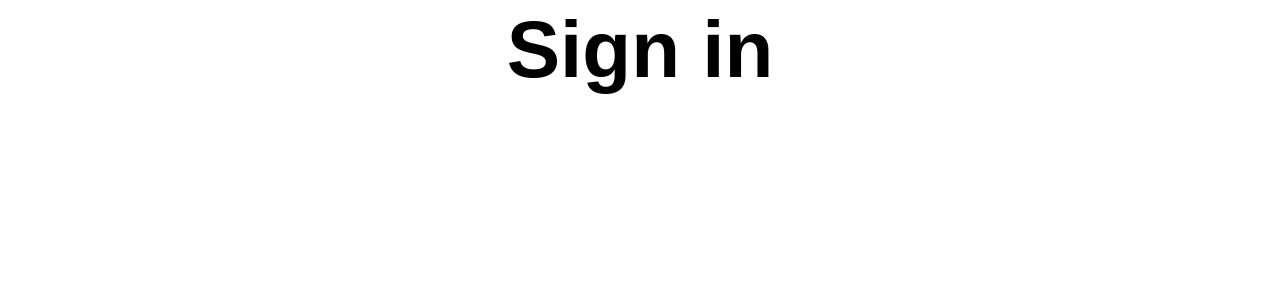
Repository: 70y-ali/branding_
Page: /sign-up (app in client/)
An editor plug-in stored every save of this project. The page is shown before and after a run of saves, followed by the edit.
The browser window is 1280 px wide. The pictures show the whole page.
The page's requests for data from a server got no answer. The project was rebuilt for these pictures with package versions that can differ from the ones it lists, and the page was loaded fresh each time. No one was signed in, and anything a server would have sent is missing. Also part of the build but not shown: client/src/components/Home/index.js.

Above is the page before, as saved 2021-02-15 02:02:20.

### client/public/index.html
<!doctype html>
<html lang="en">
  <head>
    <meta charset="utf-8">
    <meta name="viewport" content="width=device-width, initial-scale=1">
    <link rel="shortcut icon" href="%PUBLIC_URL%/icon.jpg">
    <!--
      Notice the use of %PUBLIC_URL% in the tag above.
      It will be replaced with the URL of the `public` folder during the build.
      Only files inside the `public` folder can be referenced from the HTML.

      Unlike "/favicon.ico" or "favicon.ico", "%PUBLIC_URL%/favicon.ico" will
      work correctly both with client-side routing and a non-root public URL.
      Learn how to configure a non-root public URL by running `npm run build`.
    -->
    <title>Coders</title>
  </head>
  <body>
    <div id="root"></div>
    <!--
      This HTML file is a template.
      If you open it directly in the browser, you will see an empty page.

      You can add webfonts, meta tags, or analytics to this file.
      The build step will place the bundled scripts into the <body> tag.

      To begin the development, run `npm start`.
      To create a production bundle, use `npm run build`.
    -->
  </body>
</html>

### client/src/index.js
import React from 'react';
import ReactDOM from 'react-dom';
import App from '../src/views/App';
import './index.css';

ReactDOM.render(
  <App />,
  document.getElementById('root')
);
// import React from 'react'
// import { render } from 'react-dom'
// import { Provider } from 'react-redux'
// import { BrowserRouter as Router } from 'react-router-dom'
// import App from 'views/App'
// import store from 'redux/rootStore'

// import '@fortawesome/fontawesome-free/css/all.min.css'
// import 'react-datepicker/dist/react-datepicker.css'
// import './index.css'

// require('dotenv').config()

// render(
// 	<Provider store={store}>
// 		<Router>
// 			<App />
// 		</Router>
// 	</Provider>
// 	,document.getElementById('root')
// )

### client/src/views/App.js
import React, { Component } from 'react';
import { BrowserRouter, Route, Switch } from 'react-router-dom';
import '../App.css';
import {HomePage, SignupPage} from './HomePage/index.jsx'

class App extends Component {
  render() {
    return (
      <div className="App">
        <BrowserRouter>
        {/* ene hesegt navbar bichij bolno */}
          <Switch>
            <Route
              path='/'
              exact
              component={HomePage}
            />
            <Route
              path='/sign-up'
              exact
              component={SignupPage}
            />
          </Switch>
        </BrowserRouter>
      </div>
    );
  }
}

export default App;
// import React, { Fragment } from 'react'
// import { Route, Switch } from 'react-router-dom'
// import Cookie from 'utilities/CookieUtility'
// import {
// 	Navbar,
// 	Footer,
// 	CallReceiveModal
// } from 'components/OtherComponents'
// import AgentPage from './AgentPage'
// import AnnouncementPage from './AnnouncementPage'
// import BonusPage from './BonusPage'
// import CallRegisterPage from './CallRegisterPage'
// import LostPage from './LostCallPage'
// import CallTypePage from './CallTypePage'
// import CallTypeTestPage from './CallTypeTestPage'
// import ConsumerPage from './ConsumerPage'
// import {DashboardPage} from './DashboardPage'

// import HomePage from './HomePage'
// import LoginPage from './LoginPage'
// import RolePage from './RolePage'
// import IVRPage from './IVRPage'
// import ChatPage from './ChatPage'
// import ChangePasswordPage from './ChangePasswordPage'
// import {
// 	TicketPage,
// 	TicketOtherEmploymentPage,
// 	TicketReportListPage
// } from './TicketPage'
// import {
// 	OperatorReportPage,
// 	OperatorHistoryPage,
// 	OperatorPage
// } from './OperatorPage'
// import {
// 	CallReportPage
// } from './CallReportPage'
// import { MessagePage,
// 	MessageHistoryPage
// } from './MessagePage'
// import {TestHourPage}  from './TestHourPage'
// import {TestPage} from './TestPage'
// import {NewOrderPage,
// 	OrderFilterPage,
// 	NewOrderRegistrationPage,
// 	OrderRangePage,
// 	ReportPage} from './OrderPage'
// import NewComponent from './NewComponentsPage'
// import {SocialReportPage} from './SocialReportPage'
// import MergePage from './SocialMergePage'
// import {AdminPage}from './AdminPage'
// import {
// 	OutingPage,
// 	LevelOnePage,
// 	LevelTwoPage
// } from './OutingPage'

// const Routes = () => {
// 	const authorization = Cookie.get('auth')
// 	if (authorization)
// 		return (
// 			<Fragment>
// 				<Navbar />
// 				<CallReceiveModal />
// 				<Switch>
// 					<Route
// 						path='/outing-telesales'
// 						component={OutingPage}
// 						exact
// 					/>
// 					<Route
// 						path='/outing-level-one'
// 						component={LevelOnePage}
// 						exact
// 					/>
// 					<Route
// 						path='/outing-level-two'
// 						component={LevelTwoPage}
// 						exact
// 					/>
// 					<Route
// 						path='/order-report'
// 						component={ReportPage}
// 						exact
// 					/>
// 					<Route
// 						path='/social-report'
// 						component={SocialReportPage}
// 						exact
// 					/>
// 					<Route
// 						path='/admin-panel'
// 						component={AdminPage}
// 						exact
// 					/>
// 					<Route
// 						path='/merge'
// 						component={MergePage}
// 						exact
// 					/>
// 					<Route
// 						path='/new-order'
// 						component={NewOrderPage}
// 						exact
// 					/>
// 					<Route
// 						path='/operator-order'
// 						component={OrderFilterPage}
// 						exact
// 					/>
// 					<Route
// 						path='/order-range'
// 						component={OrderRangePage}
// 						exact
// 					/>
// 					<Route
// 						path='/order-registration'
// 						component={NewOrderRegistrationPage}
// 						exact
// 					/>
// 					<Route
// 						path='/operator-work-report'
// 						component={OperatorPage}
// 						exact
// 					/>
// 					<Route
// 						path='/management-operator-hour'
// 						component={TestPage}
// 						exact
// 					/>
// 					<Route
// 						path='/test-test'
// 						component={TestHourPage}
// 						exact
// 					/>
// 					<Route
// 						path='/type-test'
// 						component={CallTypeTestPage}
// 						exact
// 					/>
// 					<Route
// 						path='/'
// 						component={HomePage}
// 						exact
// 					/>
// 					<Route
// 						path='/send-message'
// 						component={MessagePage}
// 					/>
// 					<Route
// 						path='/message-history'
// 						component={MessageHistoryPage}
// 					/>
// 					<Route
// 						path='/lost-call-report'
// 						component={LostPage}
// 					/>
// 					<Route
// 						path='/dashboard'
// 						component={DashboardPage}
// 						exact
// 					/>
// 					<Route
// 						path='/agent'
// 						component={AgentPage}
// 						exact
// 					/>
// 					<Route
// 						path='/announcement'
// 						component={AnnouncementPage}
// 						exact
// 					/>
// 					<Route
// 						path='/help'
// 						component={BonusPage}
// 						exact
// 					/>
// 					<Route
// 						path='/call-register'
// 						component={CallRegisterPage}
// 						exact
// 					/>
// 					<Route
// 						path='/call-type'
// 						component={CallTypePage}
// 						exact
// 					/>
// 					<Route
// 						path='/consumer'
// 						component={ConsumerPage}
// 						exact
// 					/>
// 					<Route
// 						path='/role'
// 						component={RolePage}
// 						exact
// 					/>
// 					<Route
// 						path='/change-password'
// 						component={ChangePasswordPage}
// 						exact
// 					/>
// 					<Route
// 						path='/ticket'
// 						component={TicketPage}
// 						exact
// 					/>
// 					<Route
// 						path='/ticket-other-employment'
// 						component={TicketOtherEmploymentPage}
// 						exact
// 					/>
// 					<Route
// 						path='/ticket-report-list'
// 						component={TicketReportListPage}
// 						exact
// 					/>
// 					<Route
// 						path='/operator-history'
// 						component={OperatorHistoryPage}
// 						exact
// 					/>
// 					<Route
// 						path='/operator-report'
// 						component={OperatorReportPage}
// 						exact
// 					/>
// 					<Route
// 						path='/ivr'
// 						component={IVRPage}
// 						exact
// 					/>
// 					<Route
// 						path='/call-account-report'
// 						component={CallReportPage}
// 						exact
// 					/>
// 					<Route
// 						path='/chat'
// 						component={ChatPage}
// 						exact
// 					/>
// 					<Route
// 						path='/test-newComponent'
// 						component={NewComponent}
// 						exact
// 					/>
// 				</Switch>
// 				<Footer />
// 			</Fragment>
// 		)
// 	else return <LoginPage />
// }

// export default Routes

### client/src/App.css
.App {
  text-align: center;
}

.App-logo {
  animation: App-logo-spin infinite 20s linear;
  height: 80px;
}

.App-header {
  background-color: #222;
  height: 150px;
  padding: 20px;
  color: white;
}

.App-intro {
  font-size: large;
}

@keyframes App-logo-spin {
  from { transform: rotate(0deg); }
  to { transform: rotate(360deg); }
}

*{
  margin: 0;
  padding: 0;
  font-family: sans-serif;
}
.hero{
  width: 100%;
  height: 100vh;
  background-image: url('components/assets/1455720.png');
  background-size: cover;
  background-position: center;
  position: relative;
  overflow: hidden;
}
.logo{
  width:100px;
  cursor:pointer
}
.navbar{
  width:85%;
  height:15%;
  margin:auto;
  display:flex;
  align-items: center;
  justify-content:space-between
}
button{
  color: #fbfcfd;
  padding: 10px 25px;
  background: transparent ;
  border: 1px solid #fff;
  border-radius: 20px;
  outline: none;
  cursor: pointer;
}
.content{
  color: #fbfcfd;
  position: absolute;
  top: 50%;
  left: 8%;
  transform: translateY(-50%);
  z-index: 2;
}
h1{
  font-size: 80px;
  margin: 10px 0 30px;
  line-height: 80px;
}
.side-bar{
  width: 50px;
  height: 100vh;
  background: linear-gradient(#020202, #2e303b);
  position: absolute;
  right: 0;
  top: 0;
}
.menu{
  display: block;
  width: 30px;
  margin: 20px;
  cursor: pointer;
}
.social-links img, .useful-links img{
  width: 30px;
  margin: 5px auto;
  cursor: pointer;
}
.social-links{
  width: 50px;
  text-align: center;
  position: absolute;
  top: 50%;
  transform: translateY(-50%);
}
.useful-links{
  width: 50px;
  text-align: center;
  position: absolute;
  bottom: 30px;
}
.star img{
  width: 50px;
  animation: star 4s linear infinite;
}
.star{
  width: 100%;
  display: flex;
  align-items: center;
  justify-content: space-around;
  position: absolute;
  bottom: 0;
}
@keyframes star{
  0%{
    transform: translateY(0);
    opacity: 0;
  }
  50%{
    opacity: 1;
  }
  70%{
    opacity: 1;
  }
  100%{
    transform: translateY(-80vh);
    opacity: 0;
  }
}
.star img:nth-child(1) {
  animation-delay: 2s;
  width: 25px;
}
.star img:nth-child(2) {
  animation-delay: 1s;
}
.star img:nth-child(3) {
  animation-delay: 3s;
  width: 25px;
}
.star img:nth-child(4) {
  animation-delay: 4.5s;
}
.star img:nth-child(5) {
  animation-delay: 3s;
}
.star img:nth-child(6) {
  width: 20px;
  animation-delay: 6s;
}
.star img:nth-child(7) {
  width: 35px;
  animation-delay: 7s;
}
#color{
  background-color:blueviolet
}

### client/src/views/HomePage/index.jsx
import React from 'react'
// import { PageLayout } from 'shared/components'
import Home from '../../components/Home/index'
import Signup from '../../components/SignUp/index'
export  const HomePage = () => {
	return(
        <Home/>
	)
}
export const SignupPage = () => {
	return(
        <Signup/>
	)
}

### client/src/components/SignUp/index.js
/* eslint-disable */
import React, { useState, useEffect } from 'react';
import Axios from 'axios'
import HomePage from '../Home/'
function Signup(){
    const [usernameReq, setusernameReq] = useState("")
    const [passwordReq, setpasswordReq] = useState("")

    const [username, setusername] = useState("")
    const [password, setpassword] = useState("")

    const [loginStatus, setLoginStatus] = useState("")

    const config = {
        headers: {
            'Content-Type': 'application/json',
            'Access-Control-Allow-Origin':'*',
            'Access-Control-Allow-Methods':' GET,POST',
            'Access-Control-Allow-Credentials': true
        }
    };
    const register = () => {
        console.log('TEST REGISTER');
        Axios.post("http://localhost:8000/register", {
            username: usernameReq,
            password: passwordReq
        }, config).then((response) => {
            console.log('%c 🍉 response: ', 'font-size:20px;background-color: #FCA650;color:#fff;', response);
            // console.log(response);
        })
    }

    const login = () => {
        Axios.post("http://localhost:8000/login", {
            username: username,
            password: password
        }, { withCredentials: true}, config).then((response) => {
            console.log('%c 🎂 loginresponse: ', 'font-size:20px;background-color: #33A5FF;color:#fff;', response);
            if(response.data.message){
                // setLoginStatus(response.data.message)
                setLoginStatus({loginStatus: response.data.message})
                console.log('SUCCESSSSS');
                return <Redirect to="HomePage" />
                // <Redirect to="/ticket-list"/>
            }else{
                // setLoginStatus(response.data[0].username)
                setLoginStatus({loginStatus: response.data[0].username})
            }
        })
    }
    useEffect(() => {
        console.log('%c 🍧 TEST1: ', 'font-size:20px;background-color: #7F2B82;color:#fff;');
        Axios.post("http://localhost:8000/login", config).then((response) => {
            console.log('%c 🍑useeect response: ', 'font-size:20px;background-color: #3F7CFF;color:#fff;', response);
            if(response.data.loggedIn === true){
                setLoginStatus(response.data.user[0].username);
                return <Redirect to="HomePage" />
            }
        });
    }, []);
    return (
        // <div>
        //     <div className='row' onClick={register}>
        //         <h4>register</h4>
        //         <label>username</label>
        //         <input type='text' onChange={(e) => {setusernameReq(e.target.value)}}></input>
        //         <label>password</label>
        //         <input type='password' onChange={(e) => {setpasswordReq(e.target.value)}}></input>
        //         <div className='row'>
        //             <button className='rounded blue' type='submit' id='color' size='md'>Signup</button>
        //         </div>
        //     </div>
        //     <div className='row' onClick={login}>
        //         <h4>login</h4>
        //         <label>username1</label>
        //         <input type='text' onChange={(e) => {setusername(e.target.value)}}></input>
        //         <label>password1</label>
        //         <input type='password' onChange={(e) => {setpassword(e.target.value)}}></input>
        //         <button id='color'>login</button>
        //     </div>
        // </div>
        <div className='col-lg-6 p-0'>
			<div className='auth-form-wrap py-xl-0 py-50'>
				<div className='auth-form w-xxl-55 w-xl-75 w-sm-90 w-xs-100'>
					<form>
						<h1 className='mb-10'>Sign in</h1>

					</form>
				</div>
			</div>
		</div>
    );
}
export default Signup

Loaded but not shown: client/src/index.css (common file)

After the next 2 saves:
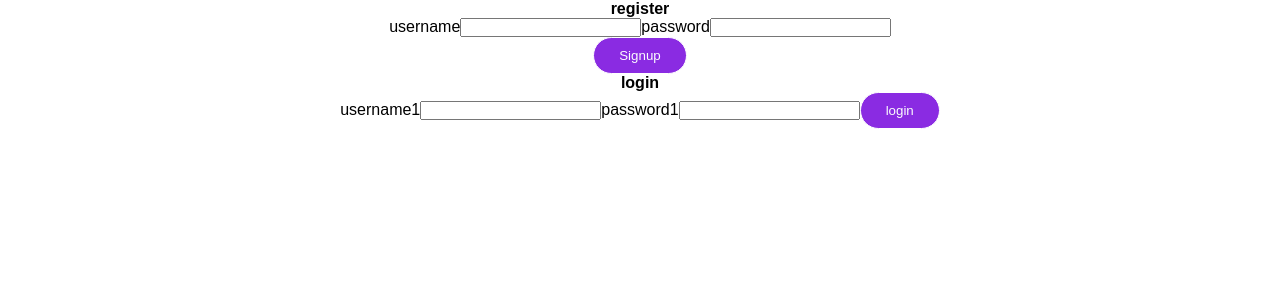
The 2 saves are shown as one change because 1 did not build or start.
The last was saved 6 min 38 s later.
--- a/client/src/components/SignUp/index.js
+++ b/client/src/components/SignUp/index.js
@@ -59,36 +59,26 @@
         });
     }, []);
     return (
-        // <div>
-        //     <div className='row' onClick={register}>
-        //         <h4>register</h4>
-        //         <label>username</label>
-        //         <input type='text' onChange={(e) => {setusernameReq(e.target.value)}}></input>
-        //         <label>password</label>
-        //         <input type='password' onChange={(e) => {setpasswordReq(e.target.value)}}></input>
-        //         <div className='row'>
-        //             <button className='rounded blue' type='submit' id='color' size='md'>Signup</button>
-        //         </div>
-        //     </div>
-        //     <div className='row' onClick={login}>
-        //         <h4>login</h4>
-        //         <label>username1</label>
-        //         <input type='text' onChange={(e) => {setusername(e.target.value)}}></input>
-        //         <label>password1</label>
-        //         <input type='password' onChange={(e) => {setpassword(e.target.value)}}></input>
-        //         <button id='color'>login</button>
-        //     </div>
-        // </div>
-        <div className='col-lg-6 p-0'>
-			<div className='auth-form-wrap py-xl-0 py-50'>
-				<div className='auth-form w-xxl-55 w-xl-75 w-sm-90 w-xs-100'>
-					<form>
-						<h1 className='mb-10'>Sign in</h1>
-
-					</form>
-				</div>
-			</div>
-		</div>
+        <div>
+            <div className='row' onClick={register}>
+                <h4>register</h4>
+                <label>username</label>
+                <input type='text' onChange={(e) => {setusernameReq(e.target.value)}}></input>
+                <label>password</label>
+                <input type='password' onChange={(e) => {setpasswordReq(e.target.value)}}></input>
+                <div className='row'>
+                    <button className='rounded blue' type='submit' id='color' size='md'>Signup</button>
+                </div>
+            </div>
+            <div className='row' onClick={login}>
+                <h4>login</h4>
+                <label>username1</label>
+                <input type='text' onChange={(e) => {setusername(e.target.value)}}></input>
+                <label>password1</label>
+                <input type='password' onChange={(e) => {setpassword(e.target.value)}}></input>
+                <button id='color'>login</button>
+            </div>
+        </div>
     );
 }
 export default Signup
